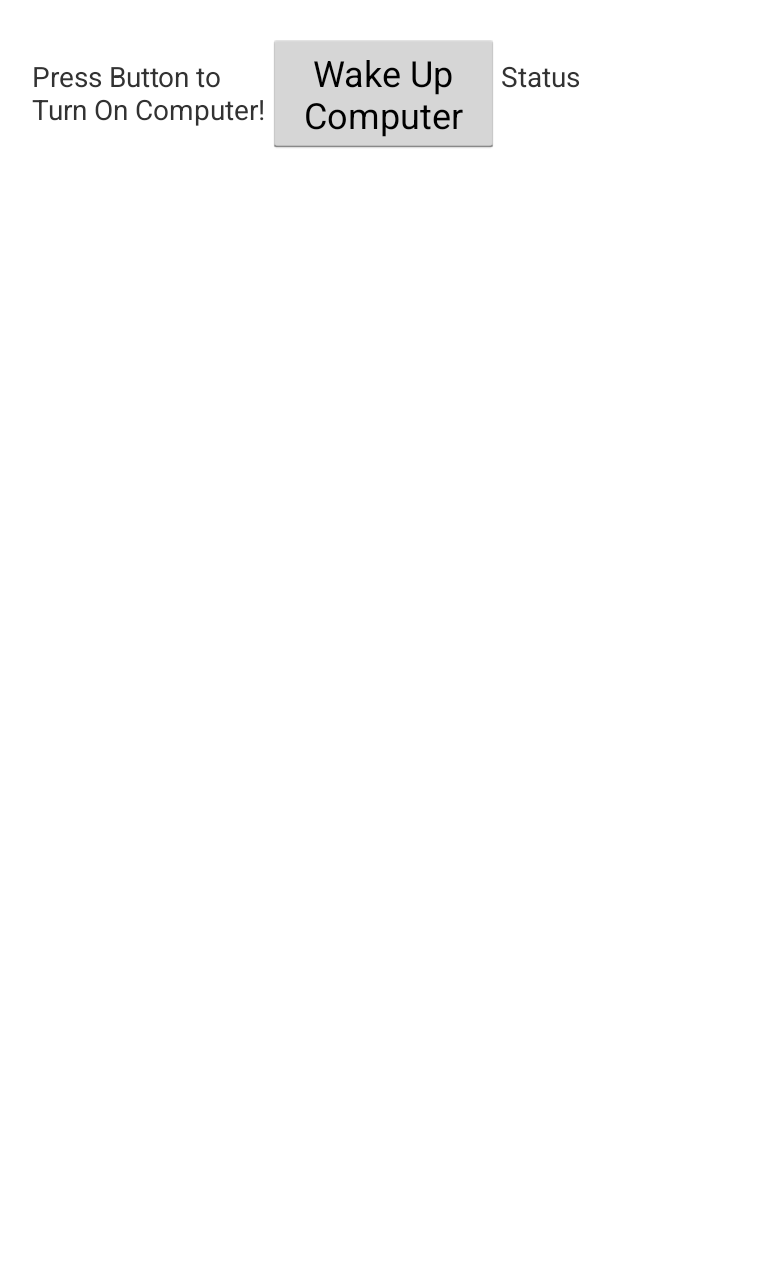
Repository: stanleyhung/android
Layout: Home/res/layout/activity_main.xml
These files come from the project's save history. The layout is drawn as it stood at one moment and after the next save; the edit follows.
It is drawn on a 768 x 1280 px phone screen (xhdpi) without system bars, with theme AppTheme; the app's code is not run.

Above is the layout before, as saved 2014-03-03 09:23:24.

### Home/res/layout/activity_main.xml
<LinearLayout xmlns:android="http://schemas.android.com/apk/res/android"
    xmlns:tools="http://schemas.android.com/tools"
    android:layout_width="match_parent"
    android:layout_height="match_parent"
    android:paddingBottom="@dimen/activity_vertical_margin"
    android:paddingLeft="@dimen/activity_horizontal_margin"
    android:paddingRight="@dimen/activity_horizontal_margin"
    android:paddingTop="@dimen/activity_vertical_margin"
    tools:context=".MainActivity" >

    <TextView
        android:layout_weight="1"
        android:layout_width="0dp"
        android:layout_height="wrap_content"
        android:text="@string/instruction" />

    <Button
        android:layout_weight="1"
        android:layout_width="0dp"
        android:layout_height="wrap_content"
        android:text="@string/button_wake"
        android:onClick="handleClick"/>

    <TextView
        android:id="@+id/myText"
        android:layout_weight="1"
        android:layout_width="0dp"
        android:layout_height="wrap_content"
        android:text="@string/myText" />

</LinearLayout>

### Home/res/values/strings.xml
<?xml version="1.0" encoding="utf-8"?>
<resources>

    <string name="app_name">Home</string>
    <string name="action_settings">Settings</string>
    <string name="instruction">Press Button to Turn On Computer!</string>
    <string name="button_wake">Wake Up Computer</string>
    <string name="myText">Status</string>


</resources>

Loaded but not shown: Home/res/values/styles.xml (common file); Home/res/values-v11/styles.xml (common file); Home/res/values-v14/styles.xml (common file); Home/res/values/dimens.xml (common file)

After the next save:
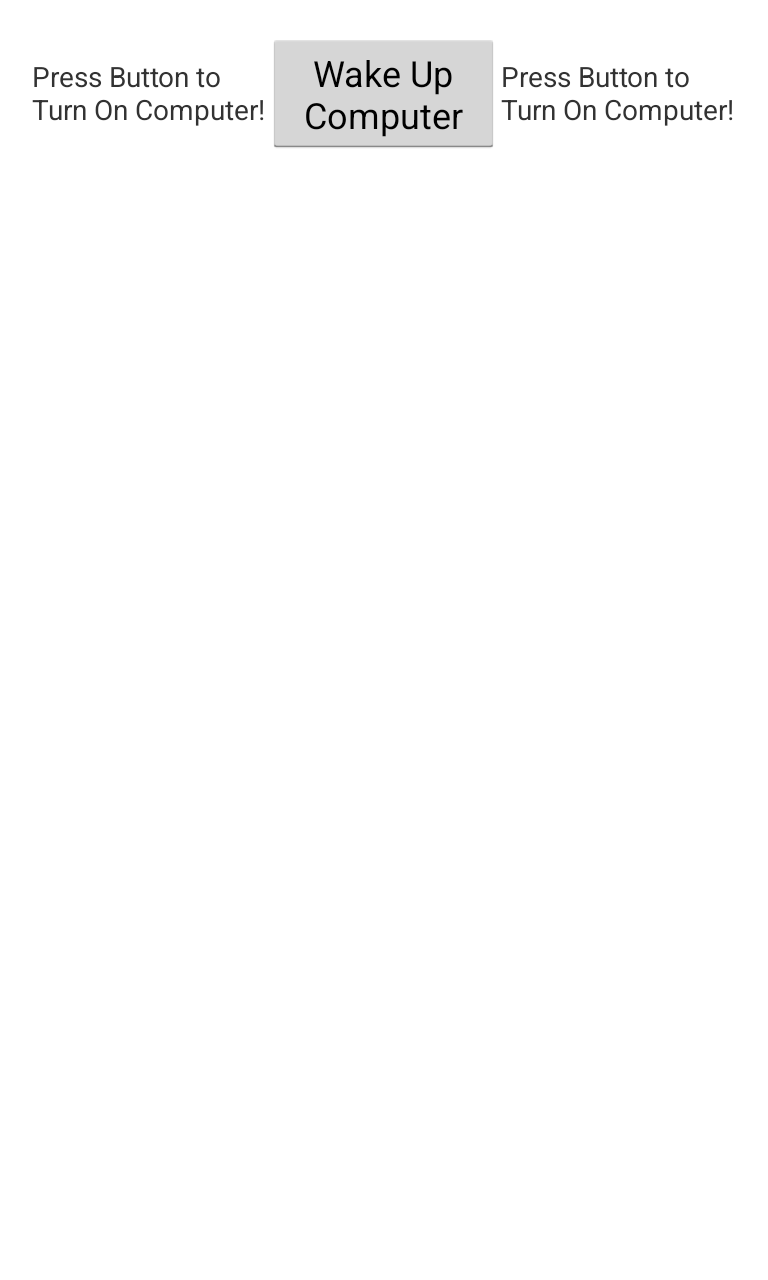
Saved 56 s later.
--- a/Home/res/values/strings.xml
+++ b/Home/res/values/strings.xml
@@ -5,7 +5,7 @@
     <string name="action_settings">Settings</string>
     <string name="instruction">Press Button to Turn On Computer!</string>
     <string name="button_wake">Wake Up Computer</string>
-    <string name="myText">Status</string>
+    <string name="myText">Press Button to Turn On Computer!</string>
 
 
 </resources>
